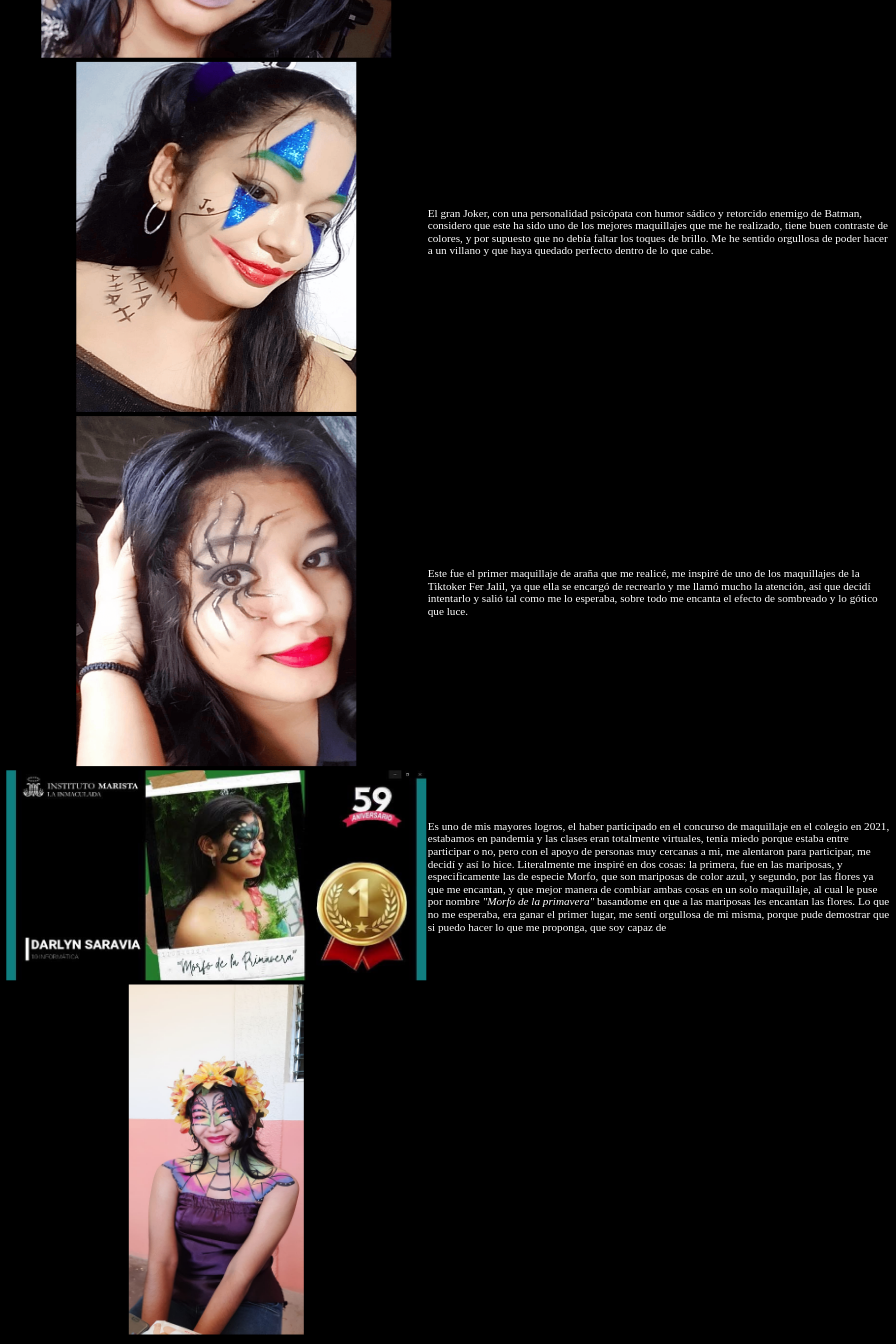
Repository: darlyn-saravia27/portafolio-darlynsaravia
Page: archivoshtml/maquillaje.html
An editor plug-in stored every save of this project. The page is shown before and after the next save, followed by the edit.
The browser window is 1280 px wide. The pictures show the part of the page from y = 3088 to 5008 px (the page is 5008 px tall), at 70% of full size.

Above is the page before, as saved 2023-03-07 02:24:12.

After the next save:
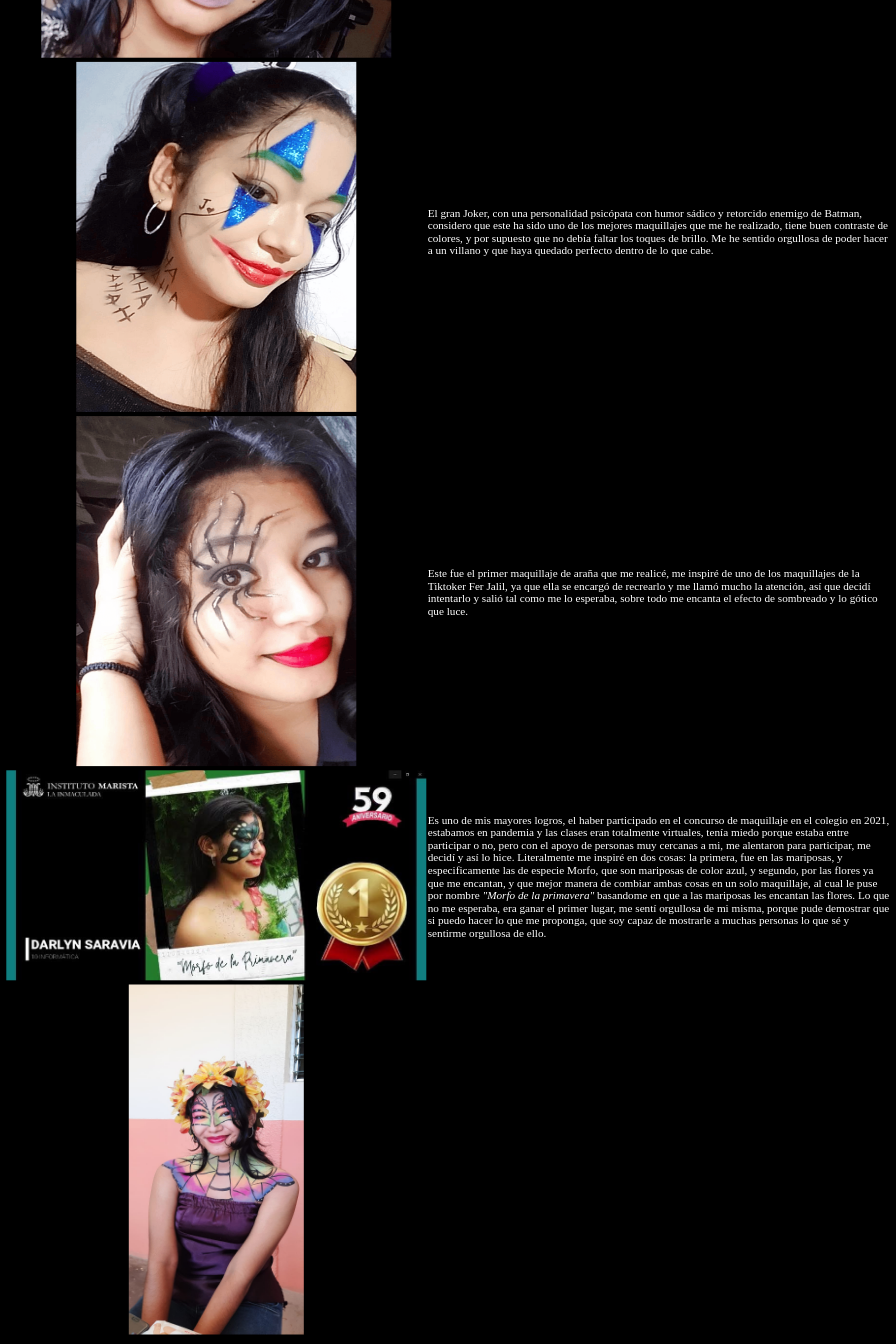
Saved 18 s later.
--- a/archivoshtml/maquillaje.html
+++ b/archivoshtml/maquillaje.html
@@ -149,7 +149,8 @@
                 y que mejor manera de combiar ambas cosas en un solo maquillaje, al cual le puse por nombre <i>"Morfo
                 de la primavera"</i> basandome en que a las mariposas les encantan las flores.
                 Lo que no me esperaba, era ganar el primer lugar, me sentí orgullosa de mi misma, porque
-                pude demostrar que si puedo hacer lo que me proponga, que soy capaz de
+                pude demostrar que si puedo hacer lo que me proponga, que soy capaz de mostrarle a muchas
+                personas lo que sé y sentirme orgullosa de ello.
             </font></td>
             <br>
             <br>
